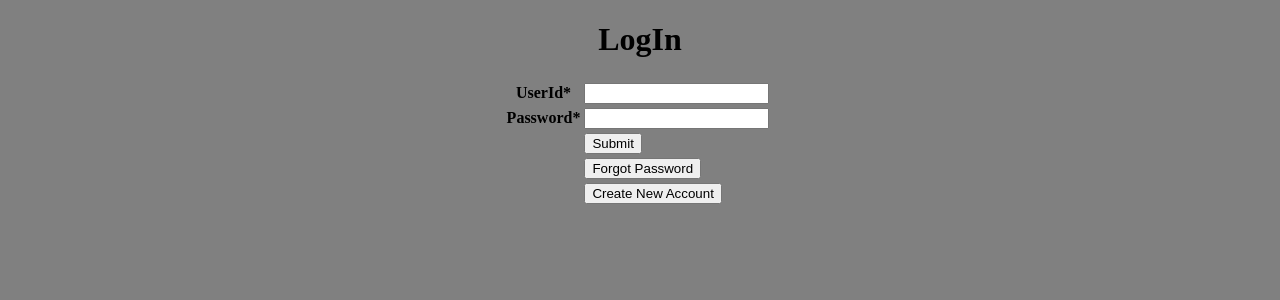
Repository: raviraj226/AdvanceJava
Page: http://localhost/Ravi_Maven/LoginWeb.jsp
The author's editor kept a copy of each file at every save. The page is drawn from the files as they stood at one save, then again after the next save.
The browser window is 1280 px wide. The pictures show the whole page.
The page is served by Tomcat 9.

Above is the page before, as saved 2022-03-16 07:31:28.

After the next save:
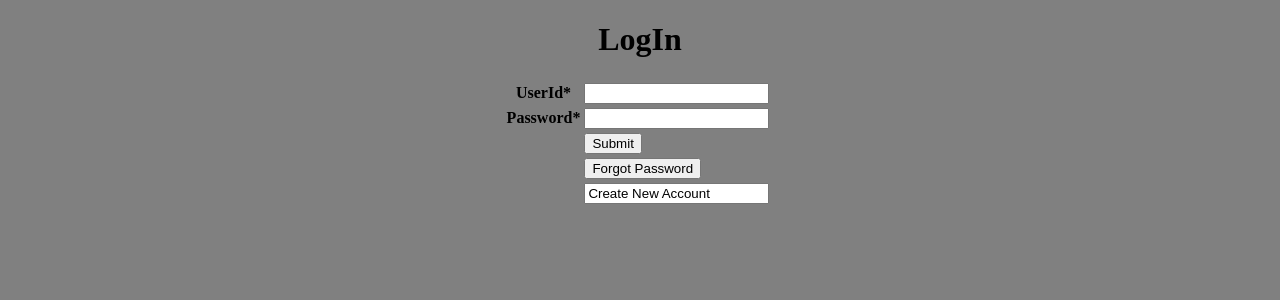
Saved 61 min 29 s later.
--- a/Advance Java/Ravi_Maven/src/main/webapp/LoginWeb.jsp
+++ b/Advance Java/Ravi_Maven/src/main/webapp/LoginWeb.jsp
@@ -68,8 +68,7 @@
 
 			<tr>
 				<th></th>
-				<td><a href="RegistrationForm.jsp"><input
-						type="submit" value="Create New Account"></a></td>
+				<td><a href="RegistrationForm.jsp"><input value="Create New Account"></a></td>
 			</tr>
 
 
